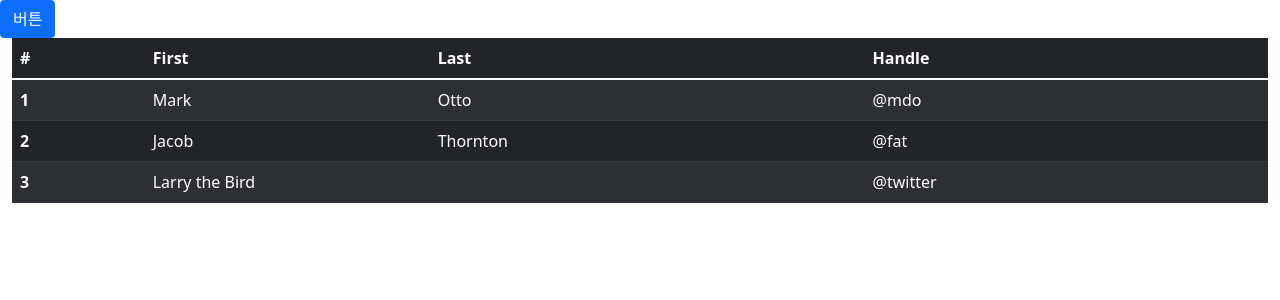
Repository: izuiw/team
Page: http://localhost/qCali/WEB-INF/views/test.jsp
These files come from the project's save history. The page is drawn as it stood at one moment and after the next save; the edit follows.
The browser window is 1280 px wide. The pictures show the whole page.
The page is served by Tomcat 9. Nobody is signed in. The template is opened directly, without the code that normally fills it, so the values that code supplies are empty.

Above is the page before, as saved 2022-04-29 06:34:09.

After the next save:
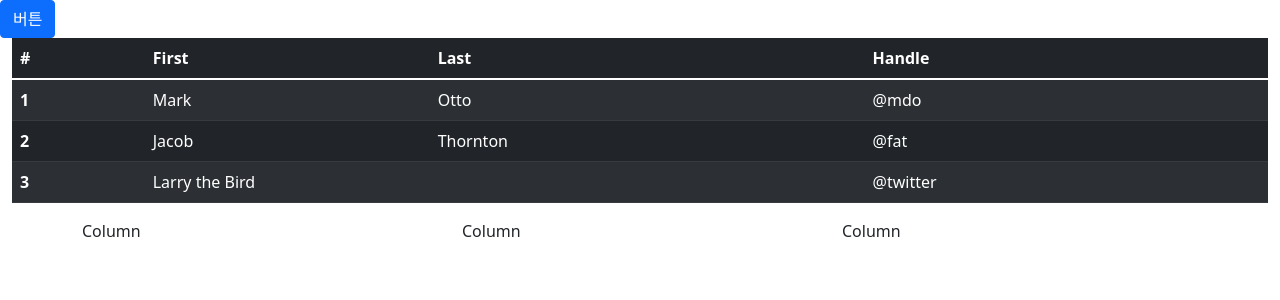
Saved 35 s later.
--- a/qCali/src/main/webapp/WEB-INF/views/test.jsp
+++ b/qCali/src/main/webapp/WEB-INF/views/test.jsp
@@ -39,6 +39,21 @@
     </tr>
   </tbody>
 </table>
+
+<div class="container">
+  <div class="row">
+    <div class="col">
+      Column
+    </div>
+    <div class="col">
+      Column
+    </div>
+    <div class="col">
+      Column
+    </div>
+  </div>
+</div>
+
 </div>
 
 <script src="https://cdn.jsdelivr.net/npm/bootstrap@5.1.3/dist/js/bootstrap.bundle.min.js" integrity="sha384-ka7Sk0Gln4gmtz2MlQnikT1wXgYsOg+OMhuP+IlRH9sENBO0LRn5q+8nbTov4+1p" crossorigin="anonymous"></script>
